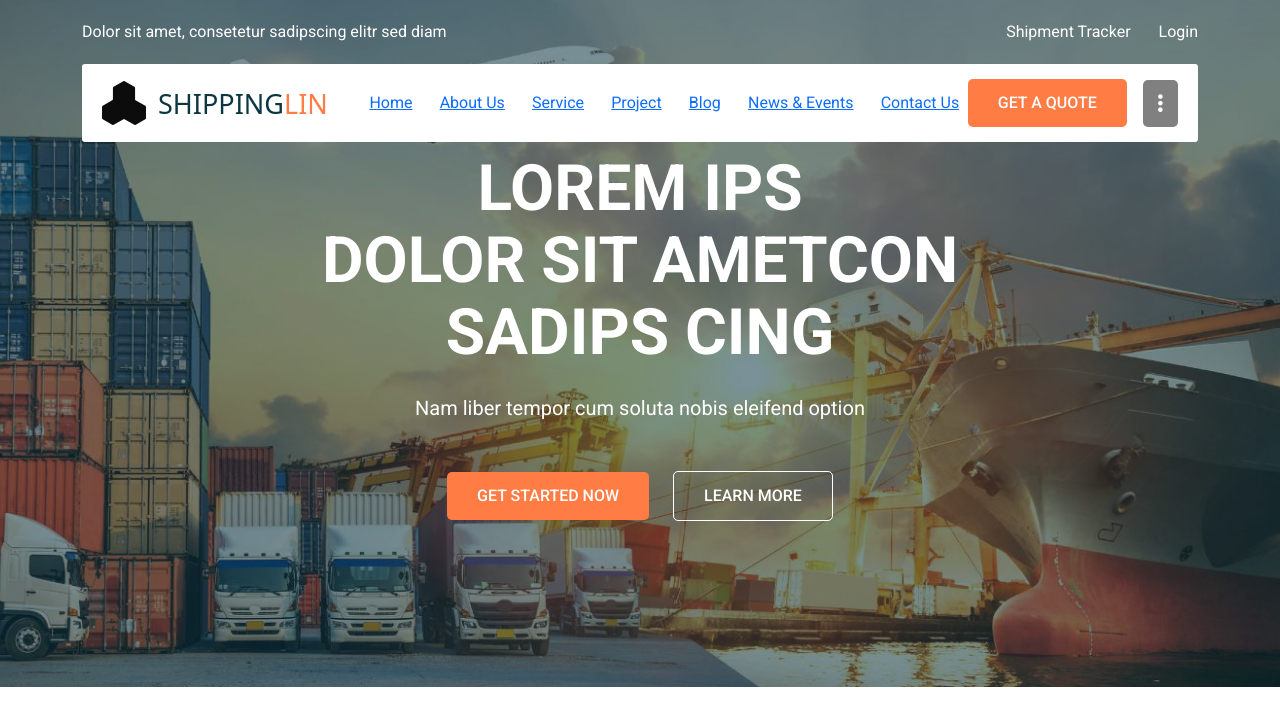
Repository: nazmulalok/shipping-template
Page: index.html
An editor plug-in stored every save of this project. The page is shown before and after the next save, followed by the edit.
The browser window is 1280 px wide. The pictures show the whole page.

Above is the page before, as saved 2022-10-03 15:40:32.

After the next save:
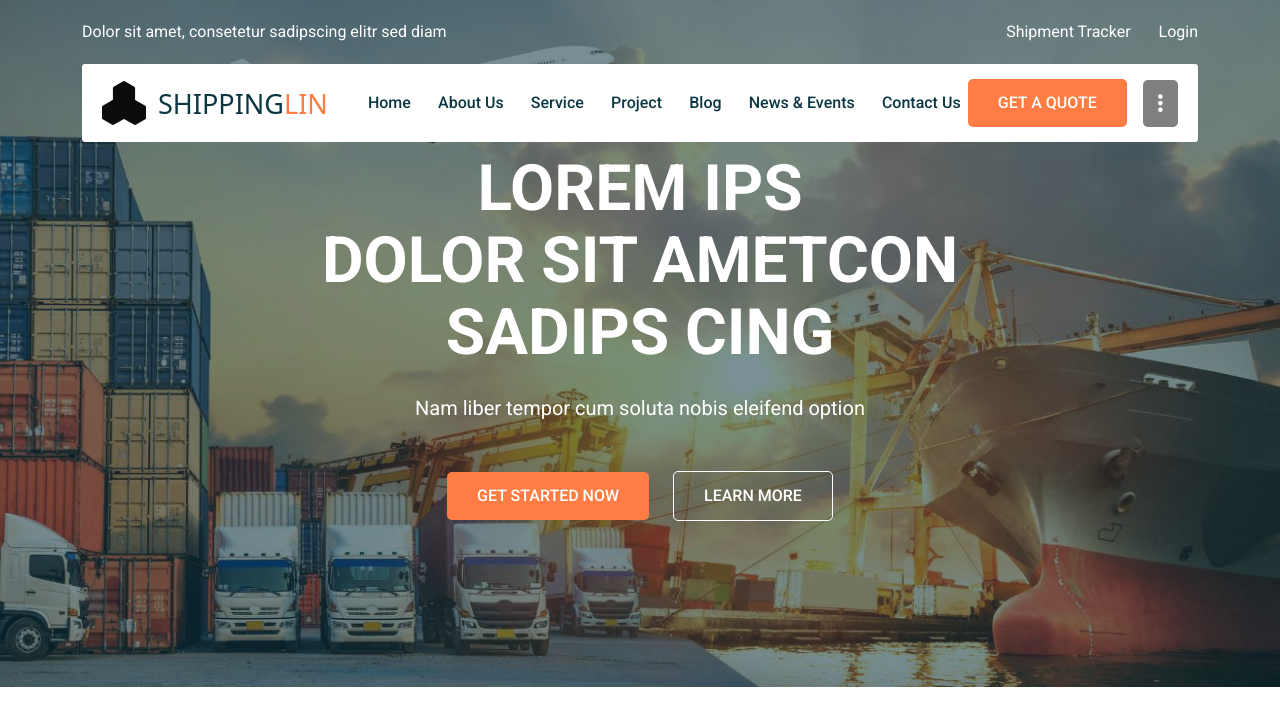
Saved 88 s later.
--- a/style.css
+++ b/style.css
@@ -125,6 +125,13 @@ nav ul {
     margin: 0;
 }
 
+nav ul a {
+    color: var(--secondary-color);
+    text-decoration: none;
+    font-size: 16px;
+    font-weight: 500;
+}
+
 .nav-btn {
     align-items: center;
     display: flex;
